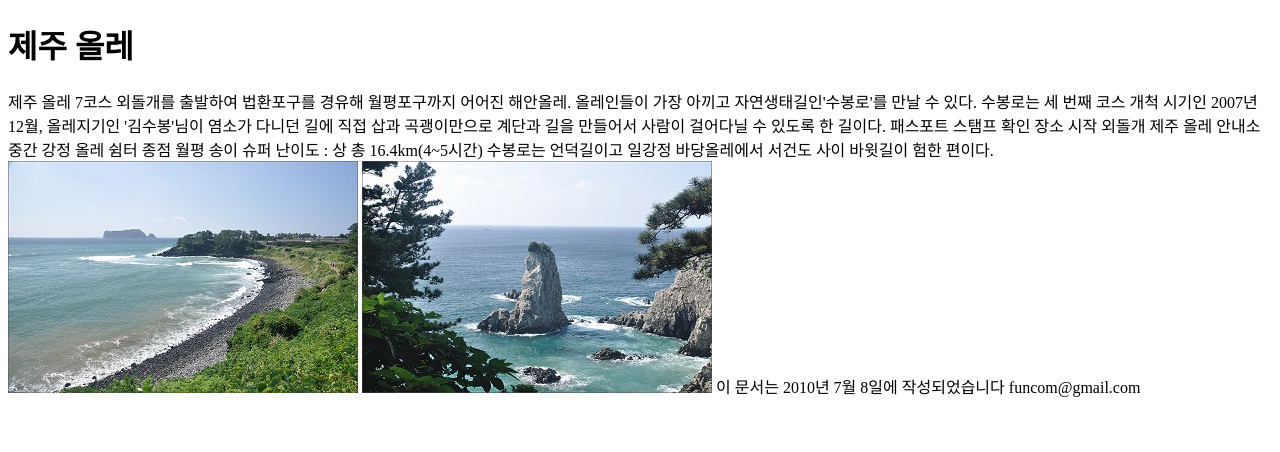
Repository: jinaa11/Kcc_Web
Page: Html/WebContent/sample2.html
The author's editor kept a copy of each file at every save. The page is drawn from the files as they stood at one save, then again after the next save.
The browser window is 1280 px wide. The pictures show the whole page.

Above is the page before, as saved 2024-07-08 07:07:30.

### Html/WebContent/sample2.html
<!DOCTYPE html>
<html>
<head>
<meta charset="UTF-8">
<title>Insert title here</title>
</head>
<body>
<header>
	<h1>제주 올레</h1>
</header>



  제주 올레 7코스
  외돌개를 출발하여 법환포구를 경유해 월평포구까지 어어진 해안올레. 올레인들이 가장 아끼고 자연생태길인'수봉로'를 만날 수 있다. 수봉로는 세 번째 코스 개척 시기인 2007년 12월, 올레지기인 '김수봉'님이 염소가 다니던 길에 직접 삽과 곡괭이만으로 계단과 길을 만들어서 사람이 걸어다닐 수 있도록 한 길이다.

  패스포트 스탬프 확인 장소
 시작  외돌개 제주 올레 안내소
 중간  강정 올레 쉼터
 종점  월평 송이 슈퍼

<!-- 거리 태그 -->
  난이도 : 상 총 16.4km(4~5시간)
  수봉로는 언덕길이고 일강정 바당올레에서 서건도 사이 바윗길이 험한 편이다.


    <img src="images/road1.jpg">


    <img src="images/road2.jpg">


이 문서는 2010년 7월 8일에 작성되었습니다
<!-- 주소 태그 -->
funcom@gmail.com
</body>
</html>

After the next save:
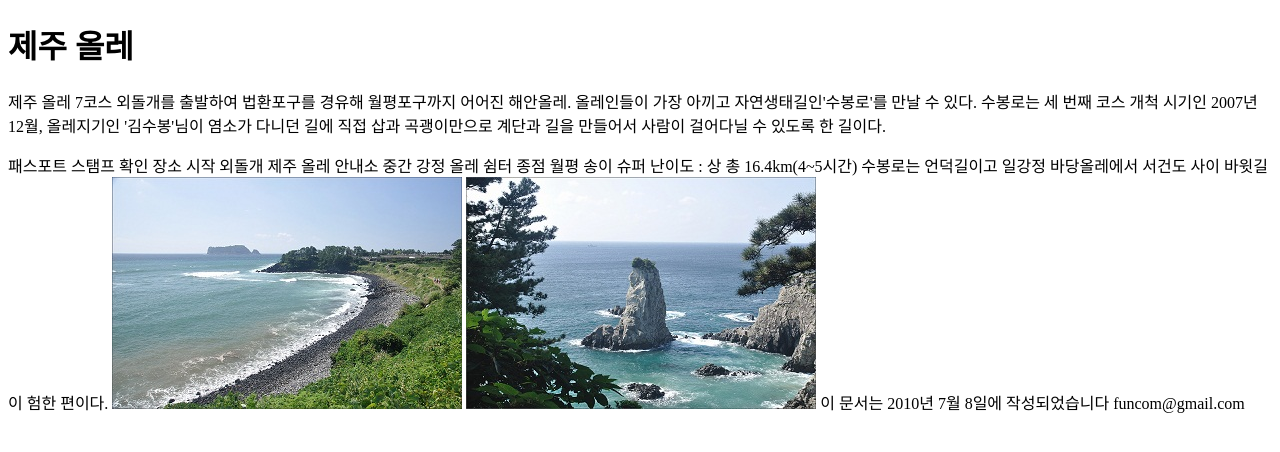
Saved 63 s later.
--- a/Html/WebContent/sample2.html
+++ b/Html/WebContent/sample2.html
@@ -7,12 +7,17 @@
 <body>
 <header>
 	<h1>제주 올레</h1>
+	<p>
+		제주 올레 7코스
+  		외돌개를 출발하여 법환포구를 경유해 월평포구까지 어어진 해안올레.
+  		올레인들이 가장 아끼고 자연생태길인'수봉로'를 만날 수 있다.
+  		수봉로는 세 번째 코스 개척 시기인 2007년 12월, 올레지기인 '김수봉'님이 염소가 다니던 길에 직접 삽과 곡괭이만으로 계단과 길을 만들어서 사람이 걸어다닐 수 있도록 한 길이다.
+	</p>
 </header>
 
 
 
-  제주 올레 7코스
-  외돌개를 출발하여 법환포구를 경유해 월평포구까지 어어진 해안올레. 올레인들이 가장 아끼고 자연생태길인'수봉로'를 만날 수 있다. 수봉로는 세 번째 코스 개척 시기인 2007년 12월, 올레지기인 '김수봉'님이 염소가 다니던 길에 직접 삽과 곡괭이만으로 계단과 길을 만들어서 사람이 걸어다닐 수 있도록 한 길이다.
+
 
   패스포트 스탬프 확인 장소
  시작  외돌개 제주 올레 안내소
